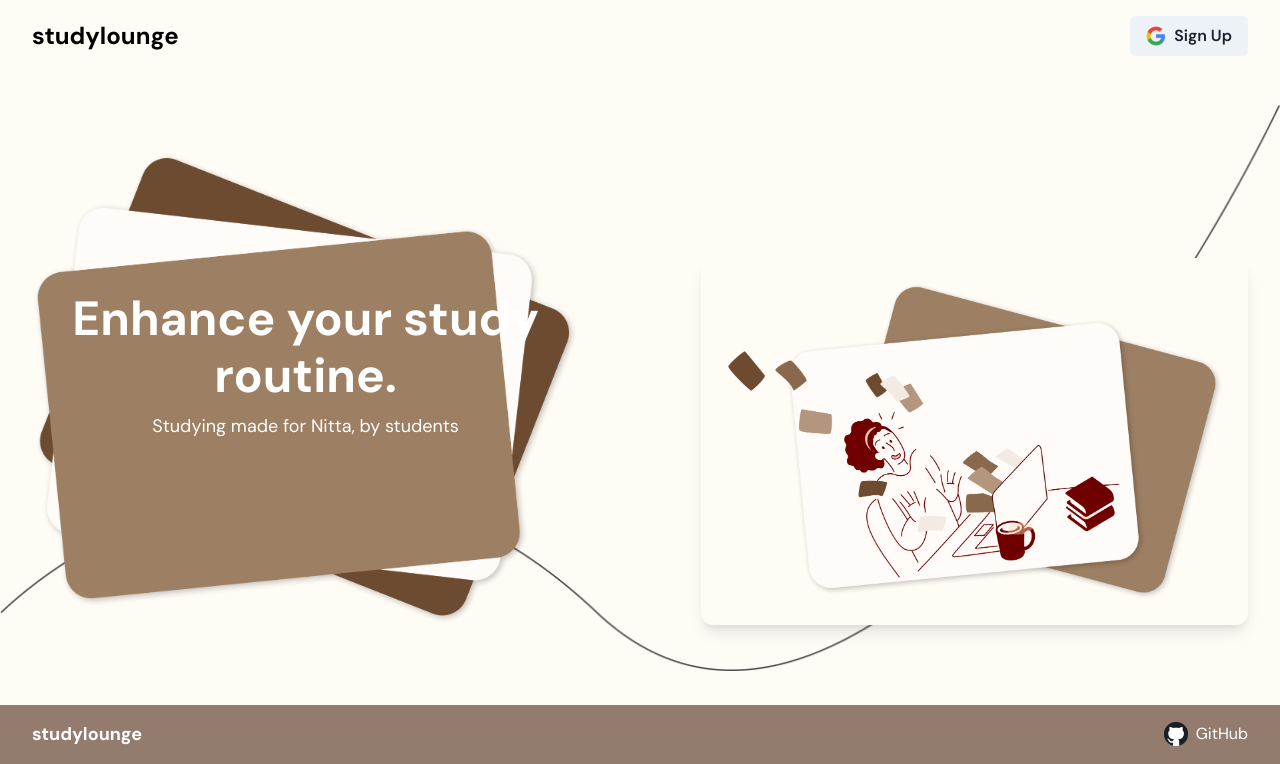
Repository: greg-chang/flashcard-website
Page: / (app in frontend/)
The author's editor kept a copy of each file at every save. The page is drawn from the files as they stood at one save, then again after the next save.
The browser window is 1280 px wide. The pictures show the whole page.
The page's requests for data from a server got no answer. The project was rebuilt for these pictures with package versions that can differ from the ones it lists, and the page was loaded fresh each time. Some packages were replaced by stand-ins written for this rebuild. The framework's server and built-in components were replaced by stand-ins that run in the browser. No one was signed in, and anything a server would have sent is missing. Also part of the build but not shown: frontend/next.config.ts, frontend/src/components/Dashboard.tsx.

Above is the page before, as saved 2025-06-08 14:46:53.

### frontend/src/app/layout.tsx
import type { Metadata } from "next";
import { Geist, Geist_Mono } from "next/font/google";
import { DM_Sans } from 'next/font/google';
import { ClerkProvider } from '@clerk/nextjs';
import { ChakraProvider, extendTheme } from '@chakra-ui/react';
import "./globals.css";
import Navbar from "../components/ui/navbar";
import theme from './theme';

const geistSans = Geist({
  variable: "--font-geist-sans",
  subsets: ["latin"],
});

const geistMono = Geist_Mono({
  variable: "--font-geist-mono",
  subsets: ["latin"],
});

const dmSans = DM_Sans({
  variable: '--font-dm-sans',
  subsets: ['latin'],
});

export const metadata: Metadata = {
  title: "Flashcard Website",
  description: "ECS 162 - Web Programming Final Project",
};

export default function RootLayout({
  children,
}: Readonly<{
  children: React.ReactNode;
}>) {
  return (
    <ClerkProvider>
      <ChakraProvider theme={theme}>
        <html lang="en">
          <body
            className={`${geistSans.variable} ${geistMono.variable} ${dmSans.variable} antialiased`}
          >
            {children}
          </body>
        </html>
      </ChakraProvider>
    </ClerkProvider>
  );
}

### frontend/src/app/page.tsx
'use client';
import Homepage from '@/components/Homepage';
import UserInterface from '@/components/UserInterface';
import Dashboard from '@/components/Dashboard';
import { useUser } from '@clerk/nextjs';
// import UserInterface from '@/components/UserInterface';

export default function Home() {
  const { isSignedIn, isLoaded } = useUser();
  if (!isLoaded) {
    return <div>Loading...</div>;
  }
  return (
    <main className="min-h-screen bg-gray-100">
      {isSignedIn ? <Dashboard /> : <Homepage />}
    </main>
  );
}

### frontend/src/app/globals.css
@import "tailwindcss";

:root {
  --background: var(--color-sand);
  --foreground: var(--color-walnut);
}

@theme {
  /* Light */
  --color-sand: #F0EAE2 ;
  /* Medium */
  --color-coffee: #937156 ;
  /* Medium Text */
  --color-walnut: #8F6E4F ;
  /* VERY DARK */
  --color-expresso: #341D09 ;
  /* DESATURATED MEDIUM */
  --color-mocha: #604E3C ;
}

@theme inline {
  --color-background: var(--background);
  --color-foreground: var(--foreground);
  --font-sans: var(--font-geist-sans);
  --font-mono: var(--font-geist-mono);
}
/*
@john found out that this is what caused the white text of white background
@media (prefers-color-scheme: dark) {
  :root {
    --background: #0a0a0a;
    --foreground: #ededed;
  }
} */

body {
  background: var(--background);
  color: var(--foreground);
  font-family: Arial, Helvetica, sans-serif;
}

### frontend/src/app/theme.tsx
'use client';
import { extendTheme } from '@chakra-ui/react';

const theme = extendTheme({
    //not actually used
  colors: {
    brand: {
      50: '#ffe4ed',
    },
  },
  fonts: {
    heading: 'var(--font-geist-sans), sans-serif',
    body: 'var(--font-geist-sans), sans-serif',
  },
  styles: {
    global: {
      body: {
        bg: 'pink.100',
        color: 'black',
      },
    },
  },
});

export default theme;

### frontend/src/components/Homepage.tsx
'use client';
import {
  Box,
  Button,
  Center,
  Heading,
  Stack,
  Text,
  VStack,
  HStack,
  SimpleGrid,
  Flex,
} from '@chakra-ui/react';
import { SignInButton, SignUpButton } from '@clerk/nextjs';
import Header from './Header';
import Image from 'next/image';

// assets
import Illustration from '@/assets/Illustration.png';
import GroupedCards from '@/assets/Grouped Cards.png';
import StyleLine from '@/assets/Style Line.png';
import GithubLogo from '@/assets/Github Logo.png';
// import GoogleLogo from '@/assets/Google Logo.png';

export default function Homepage() {
  return (
    <Flex minH="100vh" direction="column" bg="#FFFBF5" color="black" fontFamily="var(--font-dm-sans)">
      {/* Header */}
      <Header />

      {/* Main Content Area */}
      <Flex
        direction={{ base: 'column', md: 'row' }}
        align="stretch"
        justify="space-between"
        py={{ base: 10, md: 20 }}
        px={{ base: 4, md: 8 }}
        flex="1"
        position="relative"
        overflow="hidden"
      >
        {/* Background Wave */}
        <Box
          position="absolute"
          top="0"
          left="0"
          width="100%"
          height="100%"
          backgroundImage={`url(${StyleLine.src})`}
          backgroundSize="contain"
          backgroundRepeat="no-repeat"
          backgroundPosition="center"
          zIndex="0"
          opacity="1"
        />

        {/* Left Section: Grouped Cards Image */}
        <Box
          position="relative"
          flex="1"
          minW={{ base: 'full', md: '45%' }}
          maxW={{ base: 'full', md: '45%' }}
          display="flex"
          justifyContent="flex-start"
          alignItems="flex-start"
          alignSelf="flex-start"
          zIndex="1"
        >
          <Image
            src={GroupedCards}
            alt="Grouped Study Cards"
            width={550}
            height={400}
            layout="responsive"
            objectFit="contain"
            priority
          />
          {/* Text Overlay on Grouped Cards */}
          <Box
            position="absolute"
            color="white"
            textAlign="center"
            top="45%"
            left="50%"
            transform="translate(-50%, -50%)"
            width="100%"
          >
            <Heading fontSize={{ base: '3xl', md: '4xl', lg: '5xl' }} mb={2}>
              Enhance your study routine.
            </Heading>
            <Text fontSize={{ base: 'md', md: 'lg' }}>
              Studying made for Nitta, by students
            </Text>
          </Box>
        </Box>

        {/* Right Section: Illustration Image Card */}
        <Box
          flex="1"
          minW={{ base: 'full', md: '45%' }}
          maxW={{ base: 'full', md: '45%' }}
          display="flex"
          justifyContent="flex-end"
          alignItems="flex-end"
          alignSelf="flex-end"
          position="relative"
          zIndex="1"
        >
          <Box
            bg="#FFFBF5"
            p={6}
            borderRadius="xl"
            boxShadow="lg"
            position="relative"
            zIndex="1"
            display="inline-block"
          >
            <Image
              src={Illustration}
              alt="Study Lounge Illustration"
              width={600}
              height={450}
              layout="responsive"
              objectFit="contain"
              priority
            />
          </Box>
          {/* Small brown card elements (re-evaluate positions based on new layout) */}
          <Box
            position="absolute"
            bg="#937C6D"
            width="60px"
            height="40px"
            borderRadius="md"
            top="5%"
            right="10%"
            transform="rotate(15deg)"
            zIndex="0"
            display={{ base: 'none', md: 'block' }}
          />
          <Box
            position="absolute"
            bg="#937C6D"
            width="40px"
            height="30px"
            borderRadius="md"
            bottom="15%"
            left="20%"
            transform="rotate(-20deg)"
            zIndex="0"
            display={{ base: 'none', md: 'block' }}
          />
          <Box
            position="absolute"
            bg="#937C6D"
            width="50px"
            height="35px"
            borderRadius="md"
            bottom="5%"
            right="5%"
            transform="rotate(5deg)"
            zIndex="0"
            display={{ base: 'none', md: 'block' }}
          />
        </Box>
      </Flex>

      {/* Footer */}
      <Flex
        as="footer"
        bg="#937C6D"
        color="white"
        py={4}
        px={8}
        justify="space-between"
        align="center"
        mt="auto"
        fontFamily="var(--font-dm-sans)"
        zIndex="1"
        position="relative"
      >
        <Text fontSize="lg" fontWeight="bold">studylounge</Text>
        <HStack spacing={2}>
          <Image
            src={GithubLogo}
            alt="GitHub Logo"
            width={24}
            height={24}
            objectFit="contain"
          />
          <Text>GitHub</Text>
        </HStack>
      </Flex>
    </Flex>
  );
}

### frontend/src/components/Header.tsx
'use client';
import {
  Box,
  Flex,
  Heading,
  Spacer,
  Button,
  HStack,
  Text,
} from '@chakra-ui/react';
import { SignInButton, SignUpButton, UserButton, useUser } from '@clerk/nextjs';
import Image from 'next/image';
import GoogleLogo from '@/assets/Google Logo.png';

export default function Header() {
  const { isSignedIn, isLoaded } = useUser();

  return (
    <Box
      as="header"
      position="sticky"
      top={0}
      zIndex={10}
      bg="transparent"
      px={8}
      py={4}
      shadow="none"
    >
      <Flex align="center">
        {/* Logo */}
        <Text fontSize="2xl" fontWeight="bold" color="black">studylounge</Text>

        <Spacer />

        {/* Right side: Auth buttons or Avatar */}
        {isLoaded && (
          <HStack spacing={4}>
            {isSignedIn ? (
              <UserButton afterSignOutUrl="/" />
            ) : (
              <>
                <SignUpButton mode="modal">
                  <Button size="md" bg="gray.100" _hover={{ bg: 'gray.200' }} borderRadius="md">
                    <HStack spacing={2}>
                      <Image
                        src={GoogleLogo}
                        alt="Google Logo"
                        width={20}
                        height={20}
                        objectFit="contain"
                      />
                      <Text>Sign Up</Text>
                    </HStack>
                  </Button>
                </SignUpButton>
              </>
            )}
          </HStack>
        )}
      </Flex>
    </Box>
  );
}

After the next save:
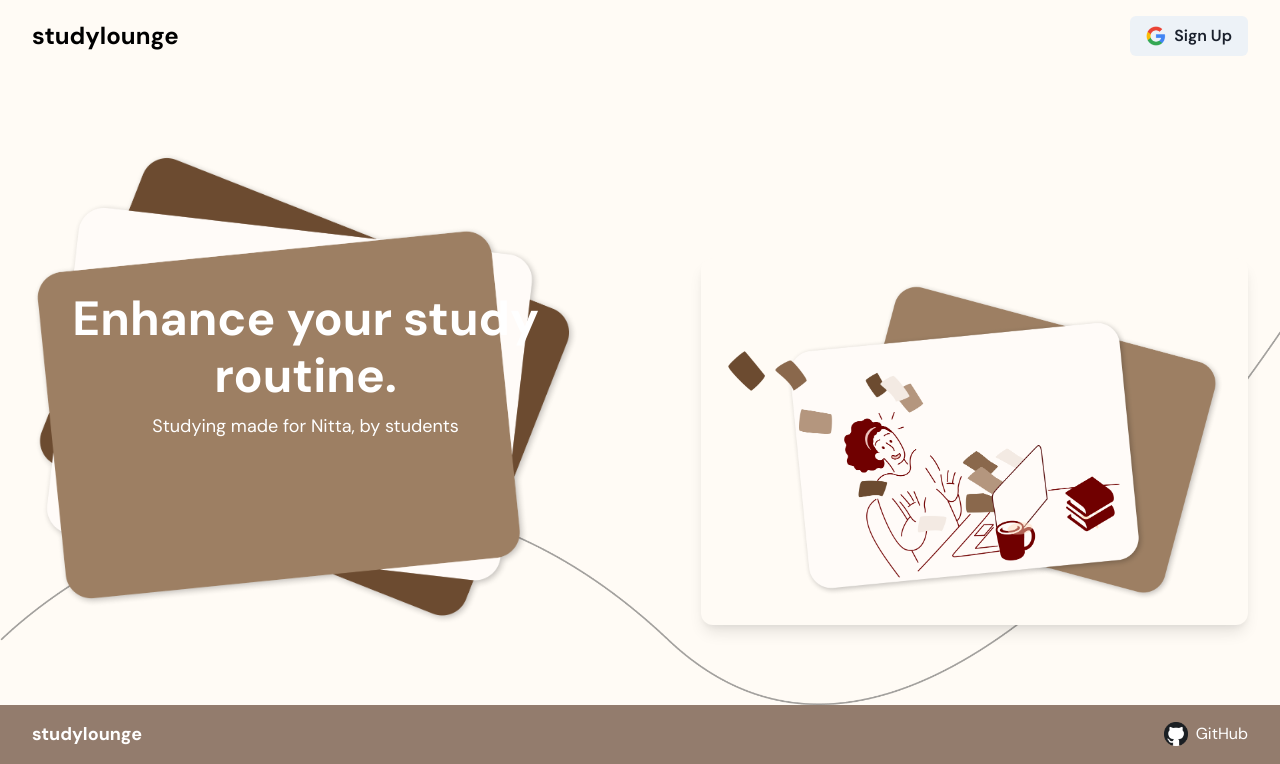
Saved 65 s later.
--- a/frontend/src/components/Homepage.tsx
+++ b/frontend/src/components/Homepage.tsx
@@ -37,9 +37,8 @@ export default function Homepage() {
         px={{ base: 4, md: 8 }}
         flex="1"
         position="relative"
-        overflow="hidden"
       >
-        {/* Background Wave */}
+        {/* Background Wave - Re-enabling original Box and adjusting properties */}
         <Box
           position="absolute"
           top="0"
@@ -47,11 +46,11 @@ export default function Homepage() {
           width="100%"
           height="100%"
           backgroundImage={`url(${StyleLine.src})`}
-          backgroundSize="contain"
+          backgroundSize="cover"
           backgroundRepeat="no-repeat"
-          backgroundPosition="center"
+          backgroundPosition="top left"
           zIndex="0"
-          opacity="1"
+          opacity="0.5"
         />
 
         {/* Left Section: Grouped Cards Image */}
